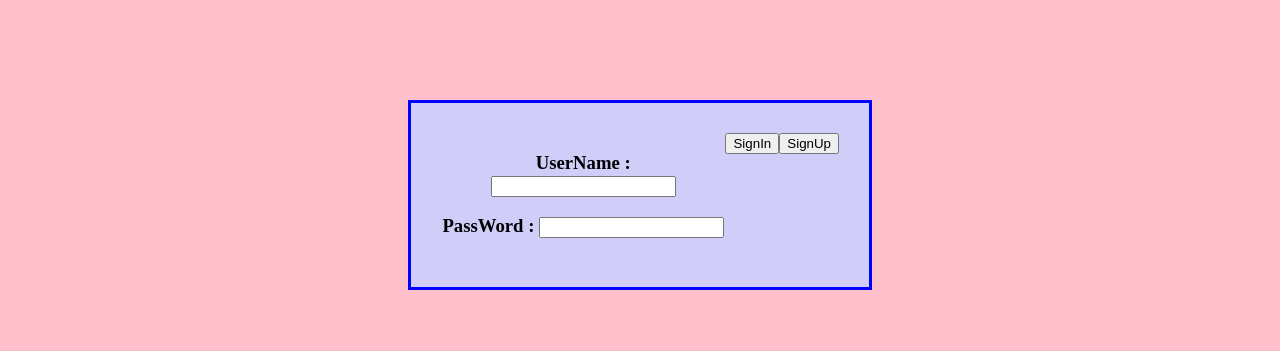
Repository: Vamsigundubogula/E-Commerce-Website
Page: http://localhost/E-commerce-website/login.jsp
The author's editor kept a copy of each file at every save. The page is drawn from the files as they stood at one save, then again after the next save.
The browser window is 1280 px wide. The pictures show the whole page.
The page is served by Tomcat 9. Other server files are loaded and not shown.

Above is the page before, as saved 2023-09-11 16:13:01.

### E-commerce-website/WebContent/login.jsp
<%@ page language="java" contentType="text/html; charset=ISO-8859-1"
    pageEncoding="ISO-8859-1"%>
<!DOCTYPE html>
<html>
<head>
<meta charset="ISO-8859-1">
<title>Insert title here</title>
<style>
.content {
  justify-content: center;
  display: flex;
  margin: 100px 400px;
  border: 3px solid blue;
  padding: 30px;
  background-color: rgb(208, 205, 248);
}
</style>
</head>
<body bgcolor="pink">
    <div class="content">
    <form action="login" method="post" align="center">
    <h3>UserName : <input type="text" name="uname"></h3>
    <h3>PassWord : <input type="password" name="pass"></h3>



    </form>
    <form action="login" align="left"><button type="submit">SignIn</button></form>
    <form action="signup.jsp" align="right"><button type="submit">SignUp</button></form>

    </div>


</body>
</html>

After the next save:
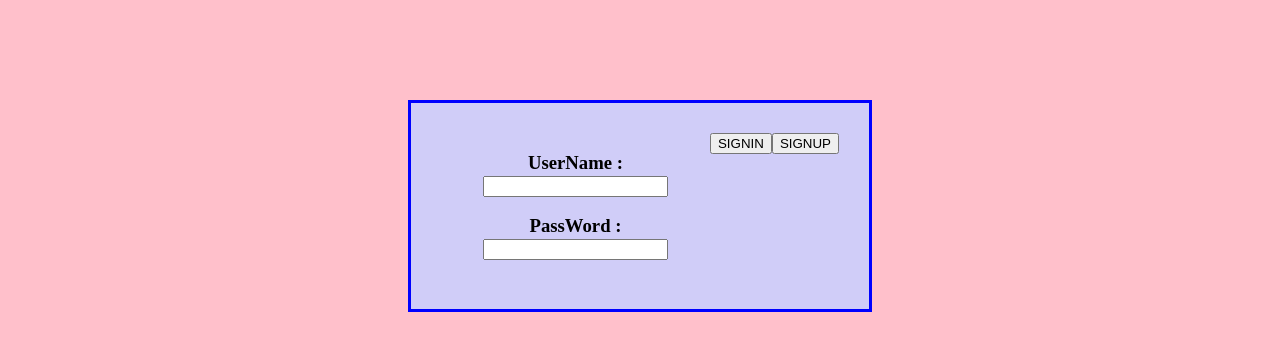
Saved 102 s later.
--- a/E-commerce-website/WebContent/login.jsp
+++ b/E-commerce-website/WebContent/login.jsp
@@ -25,8 +25,8 @@
 
 
     </form>
-    <form action="login" align="left"><button type="submit">SignIn</button></form>
-    <form action="signup.jsp" align="right"><button type="submit">SignUp</button></form>
+    <form action="login" align="left"><button type="submit">SIGNIN</button></form>
+    <form action="signup.jsp" align="right"><button type="submit">SIGNUP</button></form>
 
     </div>
 
